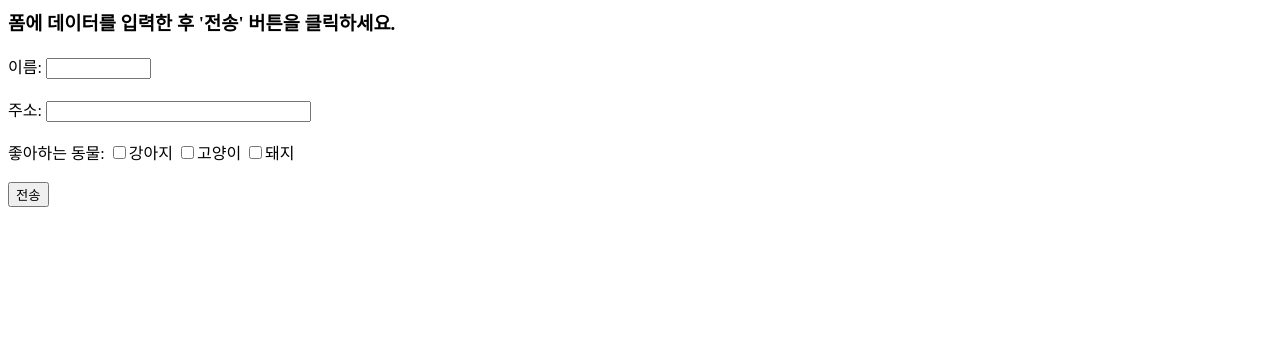
Repository: kdongjin/jspStudy
Page: http://localhost/jspStudy/implicit/reqex3.jsp
These files come from the project's save history. The page is drawn as it stood at one moment and after the next save; the edit follows.
The browser window is 1280 px wide. The pictures show the whole page.
The page is served by Tomcat 9. Nobody is signed in. The application's start-up code is not run.

Above is the page before, as saved 2024-12-09 06:42:28.

After the next save:
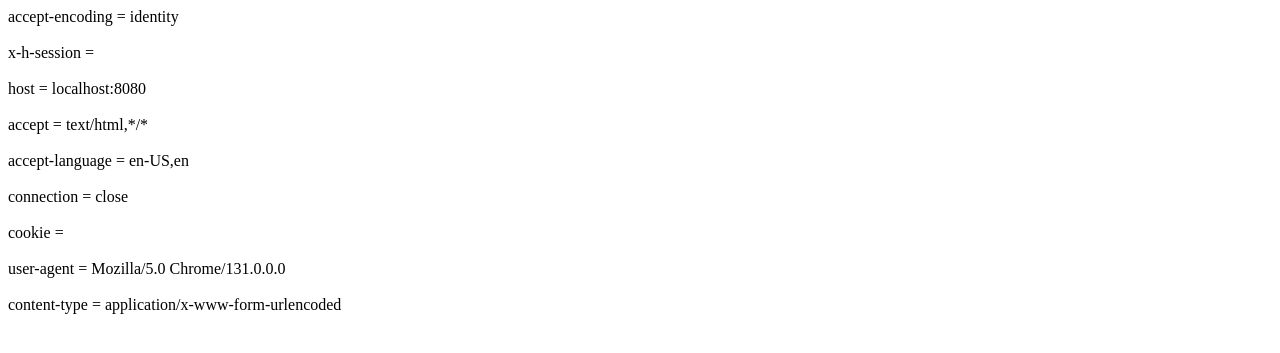
Saved 5 min 37 s later.
--- a/jspStudy/src/main/webapp/implicit/reqex3.jsp
+++ b/jspStudy/src/main/webapp/implicit/reqex3.jsp
@@ -1,18 +1,20 @@
 <%@ page contentType="text/html; charset=UTF-8"%>
+<%@ page import="java.util.Enumeration"%>
 <html>
 <head>
-<title>폼 생성</title>
+<title>헤더 목록 출력</title>
 </head>
 <body>
-	<h3>폼에 데이터를 입력한 후 '전송' 버튼을 클릭하세요.</h3>
-	<form action="<%= request.getContextPath()%>/implicit/viewParameter.jsp" method="post">
-		이름: <input type="text" name="name" size="10"> <br></br>
-		주소: <input	type="text" name="address" size="30"> <br></br>
-		좋아하는 동물:
-		<input 	type="checkbox" name="pet" value="dog">강아지
-		<input type="checkbox" name="pet" value="cat">고양이
-		<input type="checkbox" name="pet" value="pig">돼지 <br></br>
-		<input type="submit" value="전송">
-	</form>
+	<%
+	Enumeration enumData = request.getHeaderNames();
+	while (enumData.hasMoreElements()) {
+		String headerName = (String) enumData.nextElement();
+		String headerValue = request.getHeader(headerName);
+	%>
+		<%=headerName%> 	=  	<%=headerValue%>
+		<br></br>
+	<%
+	}
+	%>
 </body>
 </html>
